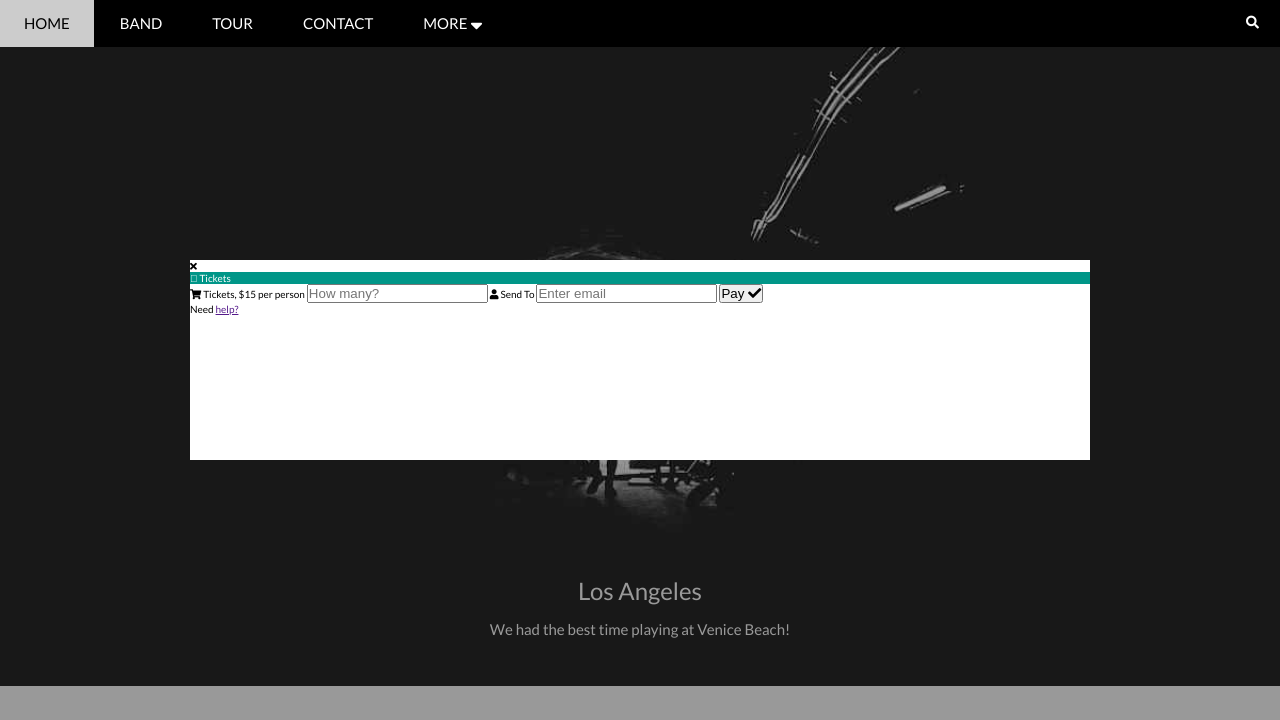
Repository: nguyenthaicong265/w3-band
Page: index.html
An editor plug-in stored every save of this project. The page is shown before and after the next save, followed by the edit.
The browser window is 1280 px wide. The pictures show the window.
A layer covers the whole window, so only the first screen is drawn.

Above is the page before, as saved 2022-01-03 11:40:29.

### index.html
<!DOCTYPE html>
<html lang="en">
<head>
    <meta charset="UTF-8">
    <meta http-equiv="X-UA-Compatible" content="IE=edge">
    <meta name="viewport" content="width=device-width, initial-scale=1.0">
    <title>Document</title>
    <link rel="stylesheet" href="./assets/css/styles.css">
    <link rel="stylesheet" href="https://fonts.googleapis.com/css?family=Lato">
    <link rel="stylesheet" href="./assets/font/themify-icons-font/themify-icons/themify-icons.css">
    <link rel="stylesheet" href="./assets/font/fontawesome-free-5.15.4-web/css/all.css">
</head>
<body>
    <div id="main">
        <div id="header">
            <ul id="nav">
                <li><a href="">Home</a></li>
                <li><a href="">Band</a></li>
                <li><a href="">Tour</a></li>
                <li><a href="">Contact</a></li>
                <li>
                    <a href="#">
                        More
                        <i class="fas fa-sort-down"></i>
                    </a>
                    <ul class="subnav">
                        <li><a href="#">Merchandise</a></li>
                        <li><a href="#">Extras</a></li>
                        <li><a href="#">Media</a></li>
                    </ul>
                </li>
            </ul>
            <div class="search-button">
                <i class="fas fa-search text-white"></i>
            </div>
        </div>

        <div id="slider">
            <div class="text-content text-white">
                <h2 class="text-head">Los Angeles
                </h2>
                <div class="text-description">We had the best time playing at Venice Beach!
                </div>
            </div>
        </div>

        <div id="content">
            <!-- About-section -->
            <div class="band-section">
                <div class="content-section">
                    <h2 class="section-heading">
                    THE BAND
                    </h2>
                    <p class="section-sub-heading">
                    We love music
                    </p>
                    <p class="about-text">We have created a fictional band website. Lorem ipsum dolor sit amet, consectetur adipiscing elit, sed do eiusmod tempor incididunt ut labore et dolore magna aliqua. Ut enim ad minim veniam, quis nostrud exercitation ullamco laboris nisi ut aliquip ex ea commodo consequat. Duis aute irure dolor in reprehenderit in voluptate velit esse cillum dolore eu fugiat nulla pariatur. Excepteur sint occaecat cupidatat non proident, sunt in culpa qui officia deserunt mollit anim id est laborum consectetur adipiscing elit, sed do eiusmod tempor incididunt ut labore et dolore magna aliqua. Ut enim ad minim veniam, quis nostrud exercitation ullamco laboris nisi ut aliquip ex ea commodo consequat.
                    </p>

                    <!-- Member -->
                    <div class="members-list">
                        <div class="member-item">
                            <p class="member-name">Name</p>
                            <img src="./assets/img/band/member1.jpg" alt="Name" class="member-avatar">
                        </div>

                        <div class="member-item">
                            <p class="member-name">Name</p>
                            <img src="./assets/img/band/member1.jpg" alt="Name" class="member-avatar">
                        </div>

                        <div class="member-item">
                            <p class="member-name">Name</p>
                            <img src="./assets/img/band/member1.jpg" alt="Name" class="member-avatar">
                        </div>
                    </div>
                </div>
            </div>

            <!-- Tour-section -->
            <div class="tour-section">
                <div class="content-section">
                    <h2 class="section-heading text-white">
                    TOUR DATES
                    </h2>
                    <p class="section-sub-heading text-white">
                    Remember to book your tickets!
                    </p>

                    <!-- Tickets  -->
                    <ul class="tickets-list">
                        <li>September <span class="sold-out text-white">Sold out</span></li>
                        <li>October <span class="sold-out text-white">Sold out</span></li>
                        <li>November <span class="quantity text-white">3</span></li>
                    </ul>

                    <!-- Places -->
                    <div class="places-list">
                        <div class="places-item">
                            <img src="./assets/img/places/newyork.jpg" alt="New York" class="place-img">
                            <div class="place-body">
                                <h3 class="place-heading">
                                    New York
                                </h3>
                                <p class="place-time">
                                    Fri 27 Nov 2016
                                </p>
                                <p class="place-dsc">
                                    Praesent tincidunt sed tellus ut rutrum sed vitae justo.
                                </p>
                                <a href="#" class="place-buy-ticket">Buy Tickets</a>
                            </div>
                        </div>

                        <div class="places-item">
                            <img src="./assets/img/places/paris.jpg" alt="Paris" class="place-img">
                            <div class="place-body">
                                <h3 class="place-heading">
                                    Paris
                                </h3>
                                <p class="place-time">
                                    Sat 28 Nov 2016
                                </p>
                                <p class="place-dsc">
                                    Praesent tincidunt sed tellus ut rutrum sed vitae justo.
                                </p>
                                <a href="#" class="place-buy-ticket">Buy Tickets</a>
                            </div>
                        </div>

                        <div class="places-item">
                            <img src="./assets/img/places/sanfran.jpg" alt="San Francisco" class="place-img">
                            <div class="place-body">
                                <h3 class="place-heading">
                                    San Francisco
                                </h3>
                                <p class="place-time">
                                    Sun 29 Nov 2016
                                </p>
                                <p class="place-dsc">
                                    Praesent tincidunt sed tellus ut rutrum sed vitae justo.
                                </p>
                                <a href="#" class="place-buy-ticket">Buy Tickets</a>
                            </div>
                        </div>
                    </div>
                </div>
            </div>

            <!-- Contact-section -->
            <div class="contact-section">
                <div class="content-section">
                    <h2 class="section-heading">
                    CONTACT</h2>
                    <p class="section-sub-heading">
                    Fan? Drop a note!</p>
                    <div class="contact-information">
                        <div class="contact-location">
                            <i class="fas fa-map-marker-alt"></i>
                            <p class="location">Chicago, US</p>
                        </div>
                        <div class="contact-phone">
                            <i class="fas fa-phone-alt"></i>
                            <p class="phone">Phone: +00 151515</p>
                        </div>
                        <div class="contact-email">
                            <i class="fas fa-envelope"></i>
                            <p class="email">Email: mail@mail.com</p>
                        </div>
                    </div>
                    <div class="fill-information">
                        <form action="" class="form-information">
                            <input type="text" class="fill-name" placeholder="Name" required name="Name">
                            <input type="text" class="fill-email" placeholder="Email" required name="Email">
                            <input type="text" class="fill-message" placeholder="Message"
                            required name="Message">
                            <button class="button-send" type="submit">SEND</button>
                        </form>
                    </div>
                </div>
            </div>
        </div>

        <div id="footer">

        </div>
    </div>
    <div class="modal">
         <div class="modal-contaner">
             <div class="modal-close">
                <i class="fas fa-times"></i>
             </div>

             <div class="modal-header text-white">
                <i class="fad fa-suitcase"></i>
                Tickets
             </div>

             <div class="modal-body">
                <label for="" class="modal-label">
                    <i class="fas fa-shopping-cart"></i>
                    Tickets, $15 per person
                 </label>
                 <input type="text" class="modal-input" placeholder="How many?">

                 <label for="" class="modal-label">
                    <i class="fas fa-user"></i>
                    Send To
                 </label>
                 <input type="text" class="modal-input" placeholder="Enter email">

                <button id="buy-ticket">
                    Pay
                    <i class="fas fa-check"></i>
                </button>
             </div>

             <div class="modal-footer">
                 <p class="modal-help">
                     Need <a href="">help?</a>
                 </p>
             </div>
         </div>
    </div>
</body>
</html>

### assets/css/styles.css
/* Reset CSS */
* {
    padding: 0;
    margin: 0;
    box-sizing: border-box;
}

html {
    font-family: "Lato", sans-serif;
    font-size: 62.5%;
}

.text-white {
    color: #ffff !important;
}

#main {

}

#header {
    position: fixed;
    top: 0;
    left: 0;
    right: 0;
    height: 46.5px;
    background-color: #000000;
    z-index: 1;
}

#header .search-button {
    float: right;
    padding: 0 21px;
}

#header .search-button:hover {
    cursor: pointer;
    background-color: #f44336!important;
}

#header .fa-search {
    font-size: 13px;
    line-height: 46px;
}

#nav, .subnav {
    display: inline-block;
    list-style-type: none;
}

#nav > li {
    display: inline-block;
}

#nav li {
    position: relative;
}

#nav > li > a {
    color: #ffffff;
    text-transform: uppercase;
}

#nav li a {
    text-decoration: none;
    line-height: 46.5px;
    padding: 0px 24px;
    font-size: 1.5rem;
    display: block;
}

#nav .fa-sort-down {
    font-size: 20px;
}

#nav li:hover .subnav {
    display: block;

}

#nav > li:hover > a,
#nav .subnav li:hover a {
    color: #000 !important;
    background-color: #ccc !important;
}

#nav .subnav {
    display: none;
    position: absolute;
    min-width: 160px;
    top: 46.5px;
    background-color: #ffffff;
    box-shadow: 0 0 10px rgba(0, 0, 0, 0.3);
}

#nav .subnav a {
    color: #000;
    padding: 0 12px;
    line-height: 38px;
}

#slider {
    position: relative;
    margin-top: 46px;
    padding-top: 50%;
    background: url(/assets/img/slider/slider1.jpg) top center / cover no-repeat;
}

#slider .text-content {
    position: absolute;
    bottom: 48px;
    width: 100%;
    text-align: center;
}

#slider .text-head {
    font-weight: 100;
    font-size: 24px;
    margin-bottom: 10px;
}
#slider .text-description {
    font-size: 15px;
    margin-top: 15px;
}

#content {
}

#content .content-section {
    width: 800px;
    padding: 64px 16px ;
    margin-left: auto;
    margin-right: auto;
}

#content .section-heading {
    font-size: 30px;
    font-weight: 400;
    letter-spacing: 4px;
    text-align: center;
}

#content .section-sub-heading {
    font-size: 15px;
    font-style: italic;
    text-align: center;
    opacity: 0.6;
    margin-top: 25px;
}

#content .about-text {
    text-align: justify;
    font-size: 15px;
    margin-top: 25px;
    line-height: 1.4;
}

#content .members-list {
    margin-top: 48px;
    overflow: hidden;
    padding-top: 32px !important;
    padding-bottom: 32px !important;
}

#content .member-item {
    float: left;
    width: 33.333333%;
    text-align: center;
}

#content .member-name {
    font-size: 15px;


}

#content .member-avatar {
    width: 60%;
    margin-top: 15px;
    border-radius: 4px;
}

.tour-section {
    background-color: #000;
    width: 100%;
}

.tickets-list {
    background-color: #ffffff;
    margin-top: 40px;
    list-style-type: none;
}

.tickets-list li {
    font-size: 15px;
    padding: 11px 16px;
    border-bottom: 1px solid #dddd;
    color: #757575;
}

.tickets-list .sold-out {
    background-color: #f44336!important;
    padding: 2px 7px;
    margin-left: 16px;
}

.tickets-list .quantity {
    float: right;
    width: 24px;
    height: 24px;
    background-color: #000;
    border-radius: 50%;
    line-height: 24px;
    text-align: center;
    margin-top: -3px;
}

.places-list {
    margin: 32px -8px 0px;
    overflow: hidden;
    padding-bottom: 48px;
}

.places-item {
    float: left;
    width: 33.33333%;
    padding: 0 8px;

}

.place-img {
    display: block;
    width: 100%;
}

.place-img:hover {
    opacity: 0.6;
}

.place-body {
    background-color: #ffff;
    padding: 16px;
}

.place-heading {
    font-size: 15px;
    font-weight: bolder;
    margin-bottom: 15px;
}

.place-time {
    font-size: 15px;
    opacity: 0.6;
    margin-bottom: 15px;
}

.place-dsc {
    font-size: 15px;
    margin-bottom: 15px;
}

.place-buy-ticket {
    display: inline-block;
    font-size: 15px;
    color: #ffff;
    background-color: #000;
    text-decoration: none;
    padding: 8px 16px;
    margin-top: 16px;
}

.place-buy-ticket:hover {
    color: #000;
    background-color: #ccc;
}

.contact-section {
    background-color: #fff;
    width: 100%;

}

.contact-information {
    float: left;
    width: 49.99999%;
    margin-bottom: 16px;
    overflow: hidden;
}

.fas {
    display: inline-block;
}

.contact-location {

}


.contact-phone {

}

.fill-information {
    width: 49.99999%;
}
#footer {

}

.modal {
    position: fixed;
    top: 0;
    right: 0;
    bottom: 0;
    left: 0;
    background: rgba(0, 0, 0, 0.4);
    display: flex;
    align-items: center;
    justify-content: center;

}

.modal-contaner {
    background: #fff;
    width: 900px;
    min-height: 200px;
}

.modal-header {
    background-color: #009688;

}

Loaded but not shown: assets/font/themify-icons-font/themify-icons/themify-icons.css (common file); assets/font/fontawesome-free-5.15.4-web/css/all.css (library)

After the next save:
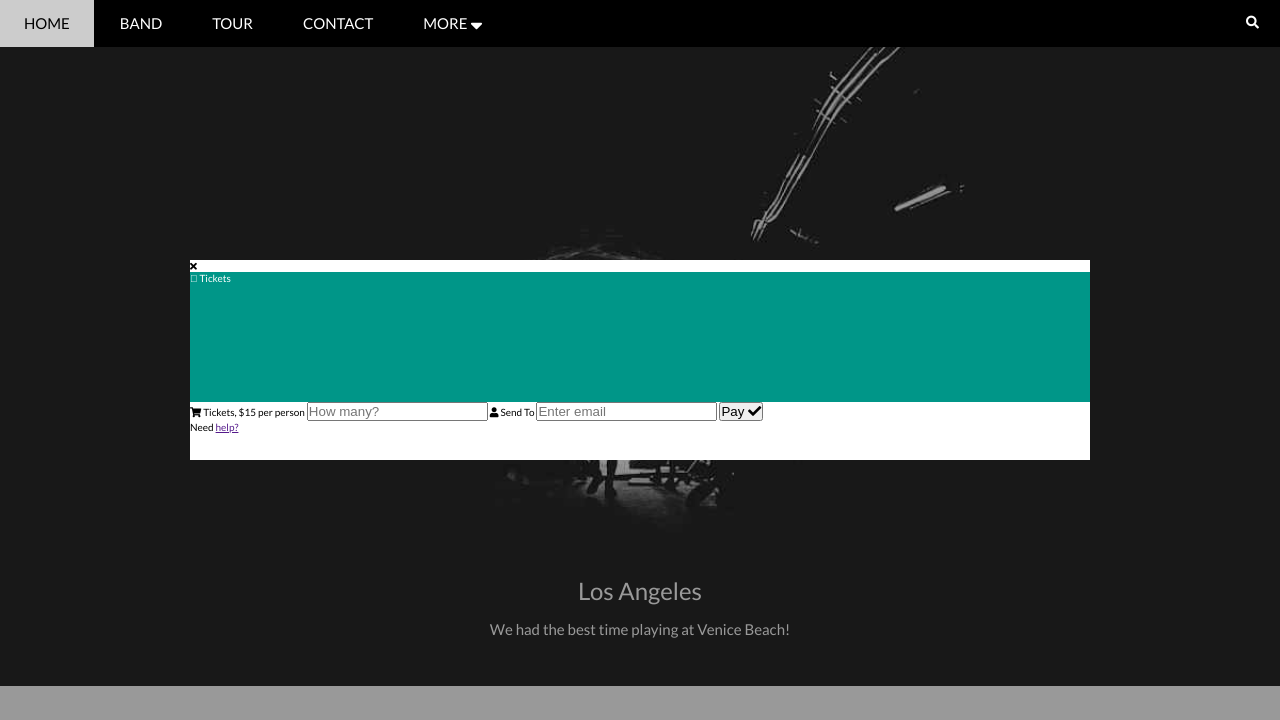
Saved 38 s later.
--- a/assets/css/styles.css
+++ b/assets/css/styles.css
@@ -328,5 +328,5 @@
 
 .modal-header {
     background-color: #009688;
-
-}
+    height: 130px;
+}
